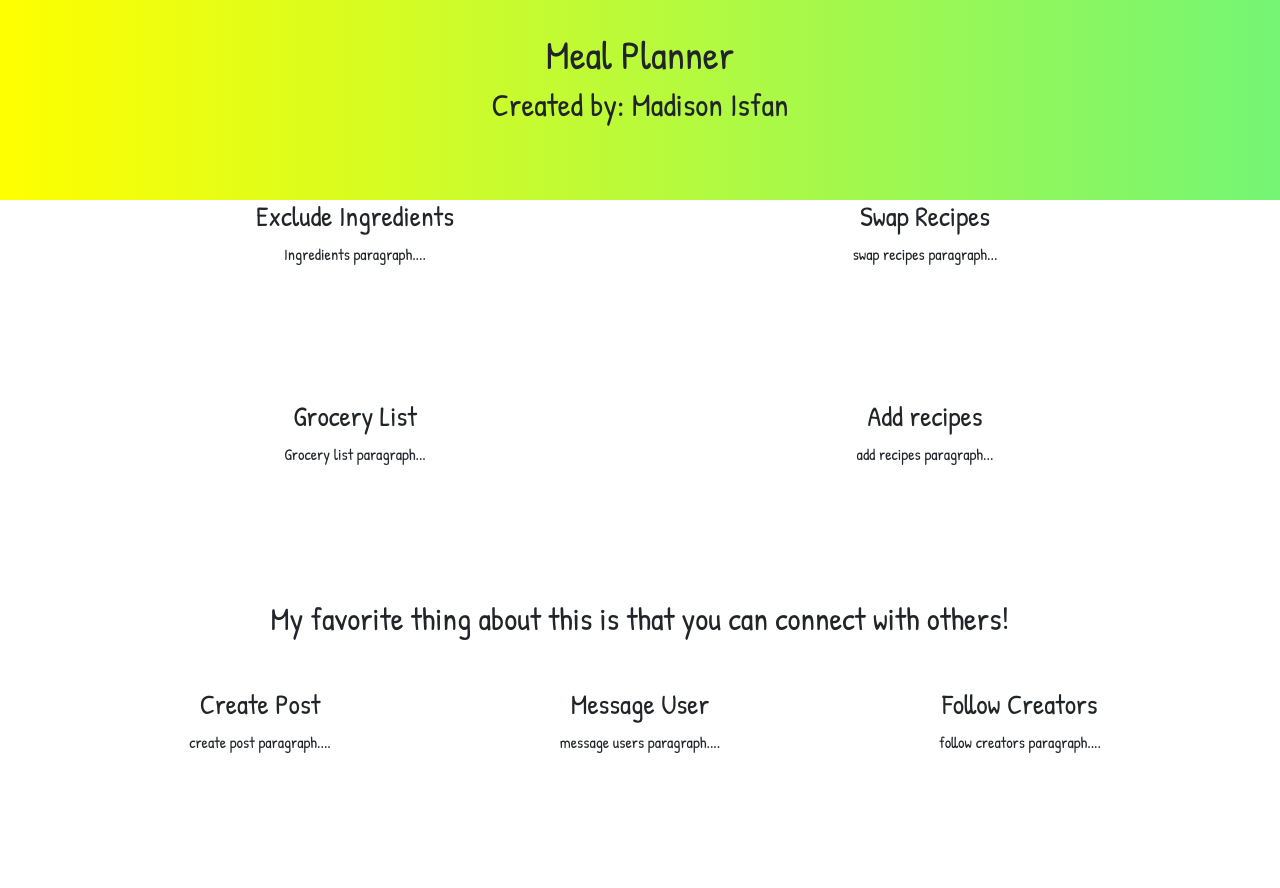
Repository: madisonisfan/Meal-Planner
Page: index.html
An editor plug-in stored every save of this project. The page is shown before and after the next save, followed by the edit.
The browser window is 1280 px wide. The pictures show the whole page.
Some web libraries are served in a nearby version.

Above is the page before, as saved 2021-02-17 17:26:49.

After the next save:
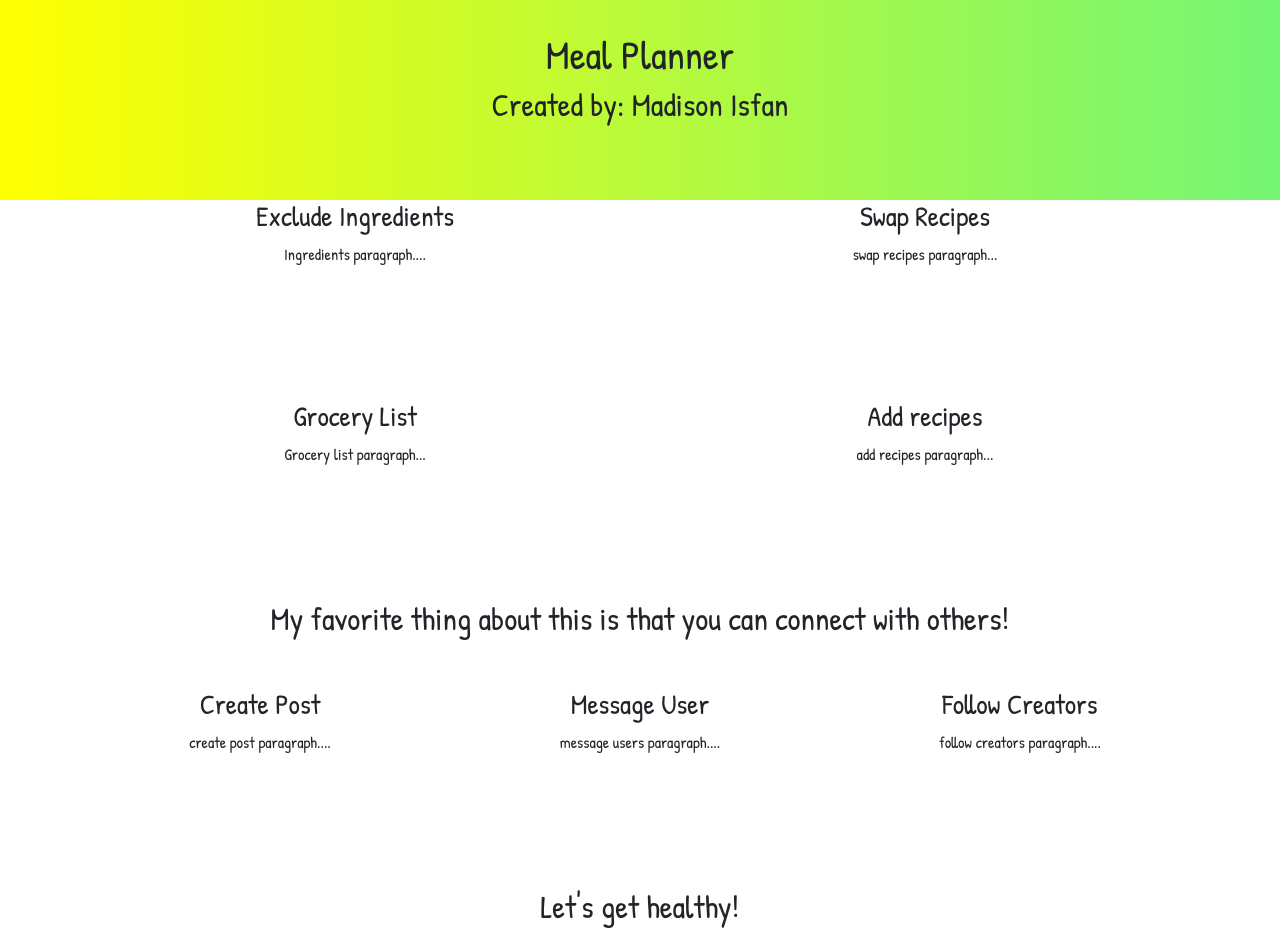
Saved 118 s later.
--- a/index.html
+++ b/index.html
@@ -75,6 +75,16 @@
 
     </div>
 
+    <footer>
+        <div class="container">
+            <div class="row">
+                <div class ="col">
+                    <h2 class="text-center"> Let's get healthy! </h2>
+                </div>
+            </div>
+        </div>
+    </footer>
+
 
     <script src="node_modules/jquery/dist/jquery.slim.min.js"></script>
     <script src="node_modules/popper.js/dist/umd/popper.min.js"></script>
